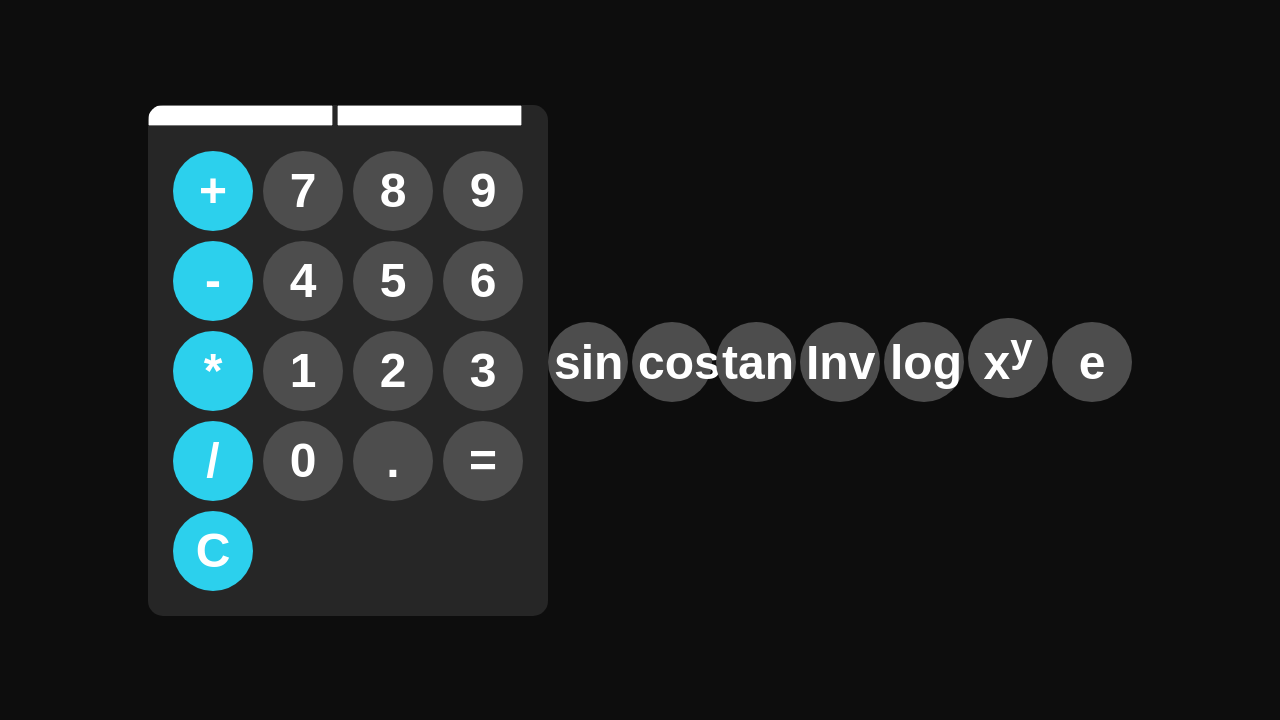
Repository: Haakim19/JavaScript
Page: Calculater/Main.html
The author's editor kept a copy of each file at every save. The page is drawn from the files as they stood at one save, then again after the next save.
The browser window is 1280 px wide. The pictures show the whole page.

Above is the page before, as saved 2024-10-23 09:32:57.

After the next save:
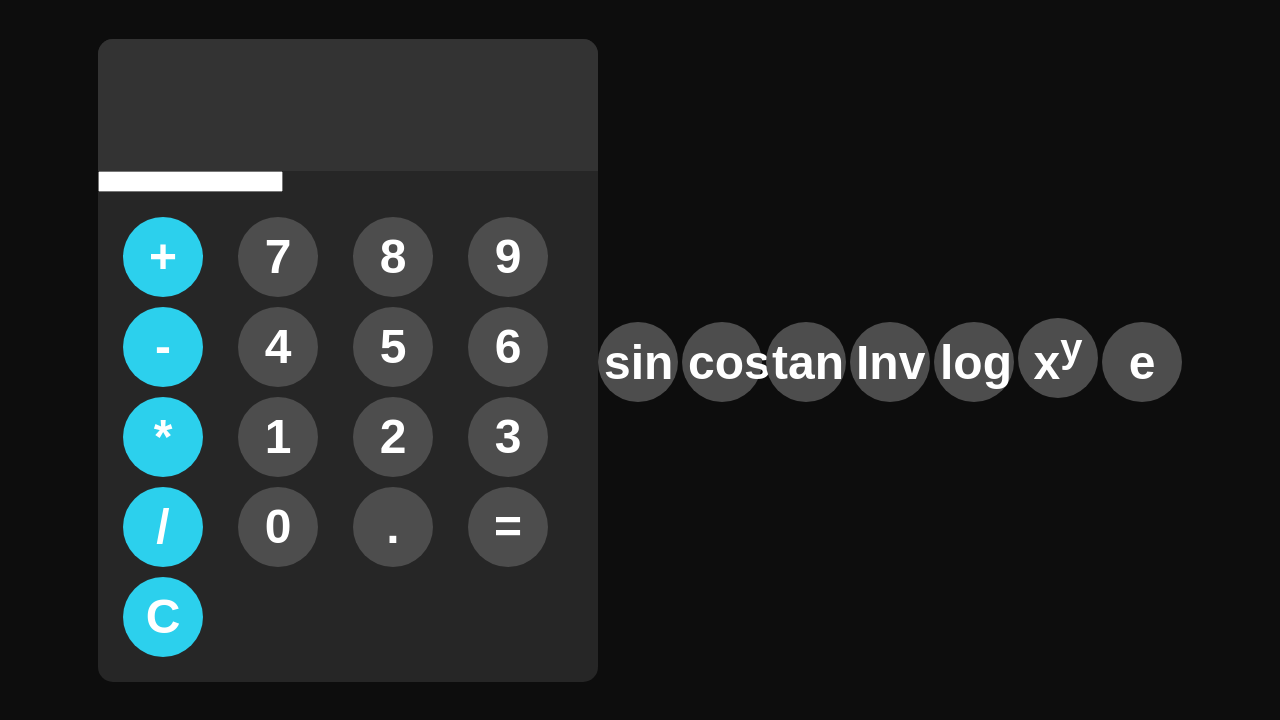
Saved 7 s later.
--- a/Calculater/Main.css
+++ b/Calculater/Main.css
@@ -13,7 +13,7 @@ body{
     max-width: 500px;
     overflow: hidden;
 }
-#display{
+#display1{
     width: 100%;
     padding: 20px;
     font-size: 5rem;
